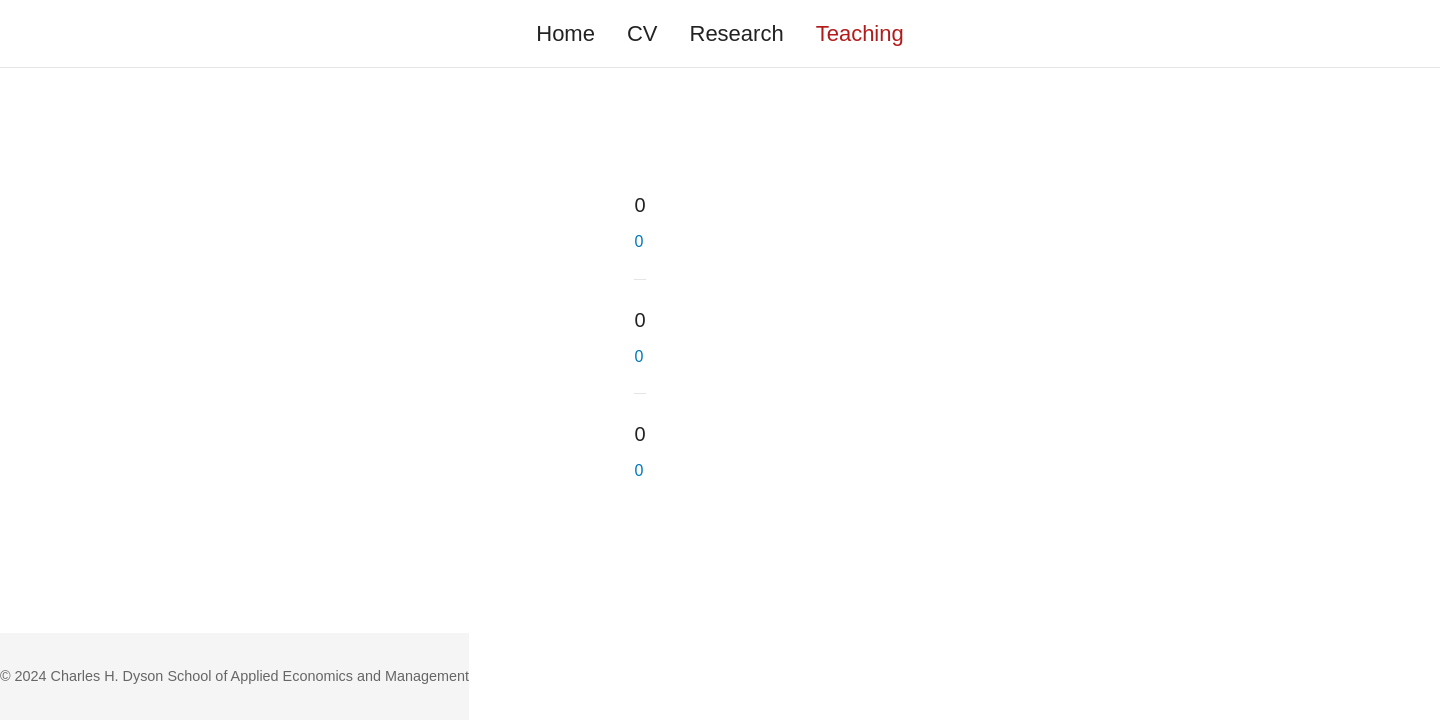
Repository: huang-heavenly-Emperor/k1_project
Page: teaching.html
An editor plug-in stored every save of this project. The page is shown before and after the next save, followed by the edit.
The browser window is 1280 px wide. The page is 1440 px wide, so the pictures cover 1440 px, including what lies to the right of the window. The pictures show the whole page.

Above is the page before, as saved 2024-11-17 15:29:00.

### teaching.html
<!DOCTYPE html>
<html lang="en">

<head>
    <meta charset="UTF-8">
    <meta name="viewport" content="width=device-width, initial-scale=1.0">
    <title>Teaching - Cornell University</title>
    <link rel="stylesheet" href="reset.css">
    <link rel="stylesheet" href="common.css">
    <link rel="stylesheet" href="teaching.css">
</head>

<body>
    <header class="site-header">
        <nav class="main-nav">
            <div class="nav-container">
                <ul class="nav-list">
                    <li><a href="./index.html">Home</a></li>
                    <li><a href="./CV_ShanjunLi_Fall2024.pdf" target="_blank">CV</a></li>
                    <li><a href="./research.html">Research</a></li>
                    <li><a href="./teaching.html" class="active">Teaching</a></li>
                </ul>
            </div>
        </nav>
    </header>

    <main class="main-container">
        <section class="courses">
            <div class="course-item">
                <h2>0</h2>
                <a href="#" class="syllabus-link">0</a>
                <!-- <h2>Econometrics I (PhD)</h2>
                <a href="#" class="syllabus-link">Syllabus</a> -->
            </div>

            <div class="course-item">
                <h2>0</h2>
                <a href="#" class="syllabus-link">0</a>
                <!-- <h2>Environmental Economics (UG)</h2>
                <a href="#" class="syllabus-link">Syllabus</a> -->
            </div>

            <div class="course-item">
                <h2>0</h2>
                <a href="#" class="syllabus-link">0</a>
                <!-- <h2>Second-year Research Project for Dyson PhD Students</h2>
                <a href="#" class="syllabus-link">Syllabus</a> -->
            </div>
        </section>
    </main>

    <footer class="footer">
        <div class="footer-container">
            <p>© 2024 Charles H. Dyson School of Applied Economics and Management</p>
        </div>
    </footer>
    <script>
        function openCV() {
            window.open('./CV_ShanjunLi_Fall2024.pdf', '_blank');
        }
    </script>
</body>

</html>

### reset.css
*, *::before, *::after {
    margin: 0;
    padding: 0;
    box-sizing: border-box;
}

html, body {
    height: 100%;
    font-size: 16px;
    line-height: 1.5;
    -webkit-font-smoothing: antialiased;
    -moz-osx-font-smoothing: grayscale;
}

body {
    font-family: Arial, sans-serif;
    color: #333;
}

ul, ol {
    list-style: none;
}

a {
    text-decoration: none;
    color: inherit;
}

img {
    max-width: 100%;
    height: auto;
    display: block;
}

button, input, select, textarea {
    font: inherit;
    color: inherit;
}

h1, h2, h3, h4, h5, h6 {
    font-size: inherit;
    font-weight: inherit;
}

### common.css
body{
  display: flex;
  flex-direction: column;
  align-items: start;
  min-height: 100vh;
  justify-content: space-between;
}

.site-header {
  position: relative;
  width: 1440px;
  height: max-content;
  margin: 0 auto 20px;
  overflow: hidden;

}

.banner {
  height: 320px;
  overflow: hidden;
  position: relative;
}

.banner img {
  width: 100%;
  height: 100%;
  object-fit: cover;
}

nav {
  background-color: var(--background-color);
  border-bottom: 1px solid var(--border-color);

}

nav ul {
  display: flex;
  justify-content: center;
  align-items: center;
  gap: 2rem;
  padding: 1rem 0;
  list-style: none;
}

nav a {
  text-decoration: none;
  color: var(--text-color);
  font-weight: 500;
  font-size: 22px;
  padding: 0.5rem 0;
  transition: color 0.3s;
}

nav a:hover,
nav a.active {
  color: var(--primary-color);
}

@media (max-width: 768px) {
    .site-header {
        width: 100%;
    }

    nav ul {
        flex-direction: column;
        align-items: center;
    }

    nav a {
        font-size: 18px;
    }
}

### teaching.css
:root {
    --primary-color: #B31B1B;
    --text-color: #222;
    --link-color: #0076BB;
    --background-color: #fff;
    --border-color: #e5e5e5;
}

body {
    font-family: Arial, sans-serif;
    line-height: 1.6;
    color: var(--text-color);
    background-color: var(--background-color);
}

.main-container {
    max-width: 1150px;
    padding: 0 20px;
    margin: 50px auto;
}



.course-item {
    padding: 1.5rem 0;
    border-bottom: 1px solid var(--border-color);
}

.course-item:last-child {
    border-bottom: none;
}

.course-item h2 {
    font-size: 1.25rem;
    font-weight: 500;
    margin-bottom: 0.5rem;
}

.syllabus-link {
    color: var(--link-color);
    text-decoration: none;
    font-weight: 500;
    transition: color 0.3s;
}

.syllabus-link:hover {
    color: var(--primary-color);
}

.footer {
    background-color: #f5f5f5;
    padding: 2rem 0;
    margin-top: 3rem;
    text-align: center;
    font-size: 0.9rem;
    color: #666;
}

@media (max-width: 768px) {
    .banner {
        height: 300px;
    }

    .nav-list {
        flex-wrap: wrap;
        justify-content: center;
        gap: 1rem;
    }

    .course-item h2 {
        font-size: 1.2rem;
    }

    .main-container {
        padding: 0 10px;
    }
}

@media (max-width: 480px) {
    .banner {
        height: 200px;
    }
}

After the next save:
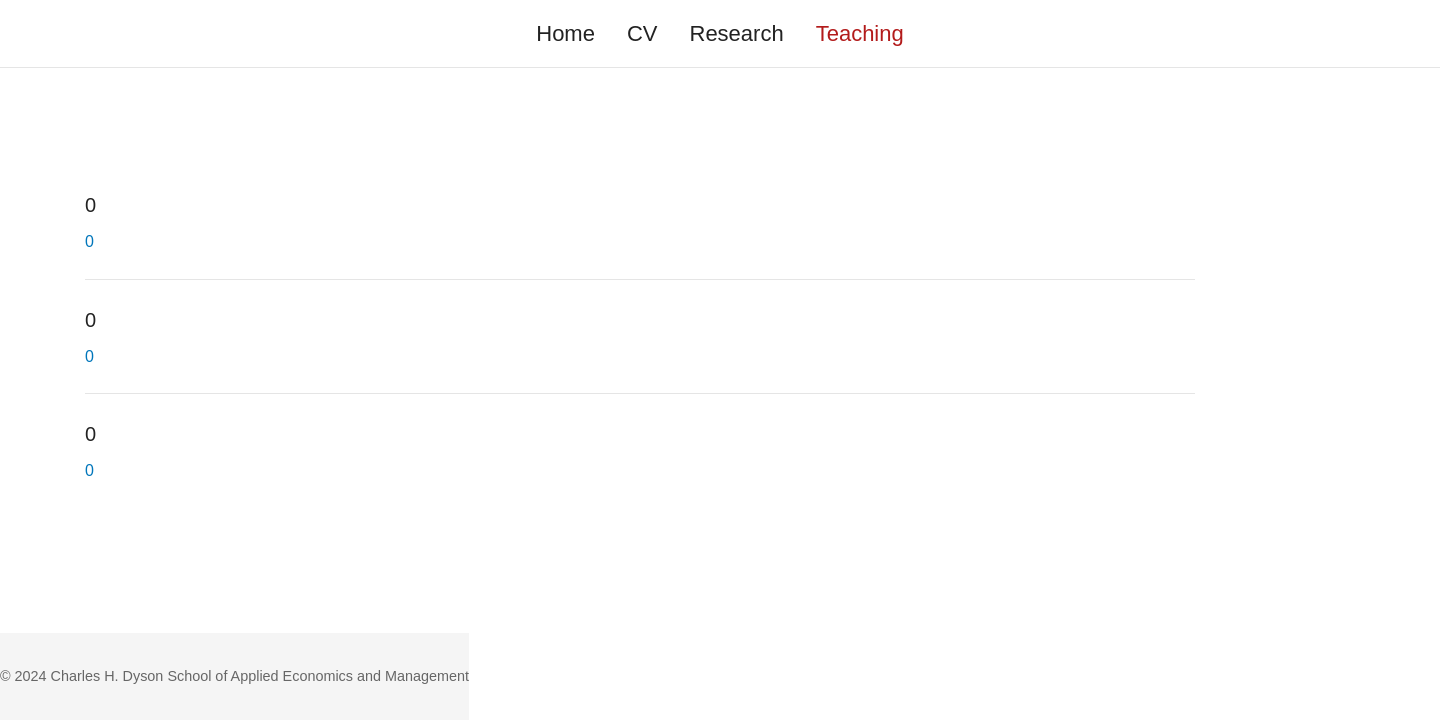
Saved 4 s later.
--- a/teaching.css
+++ b/teaching.css
@@ -14,7 +14,7 @@ body {
 }
 
 .main-container {
-    max-width: 1150px;
+    width: 1150px;
     padding: 0 20px;
     margin: 50px auto;
 }
